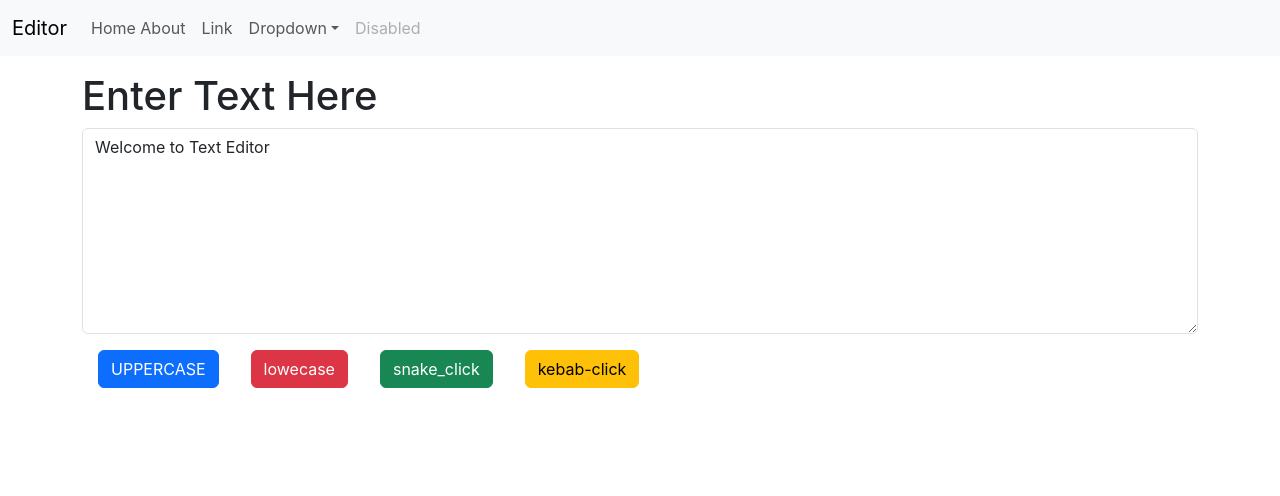
Repository: Shubham-tawar/Text-editor
Page: /
The author's editor kept a copy of each file at every save. The page is drawn from the files as they stood at one save, then again after the next save.
The browser window is 1280 px wide. The pictures show the whole page.
The project was rebuilt for these pictures with package versions that can differ from the ones it lists, and the page was loaded fresh each time. Also part of the build but not shown: src/App.css.

Above is the page before, as saved 2025-07-07 16:42:50.

After the next save:
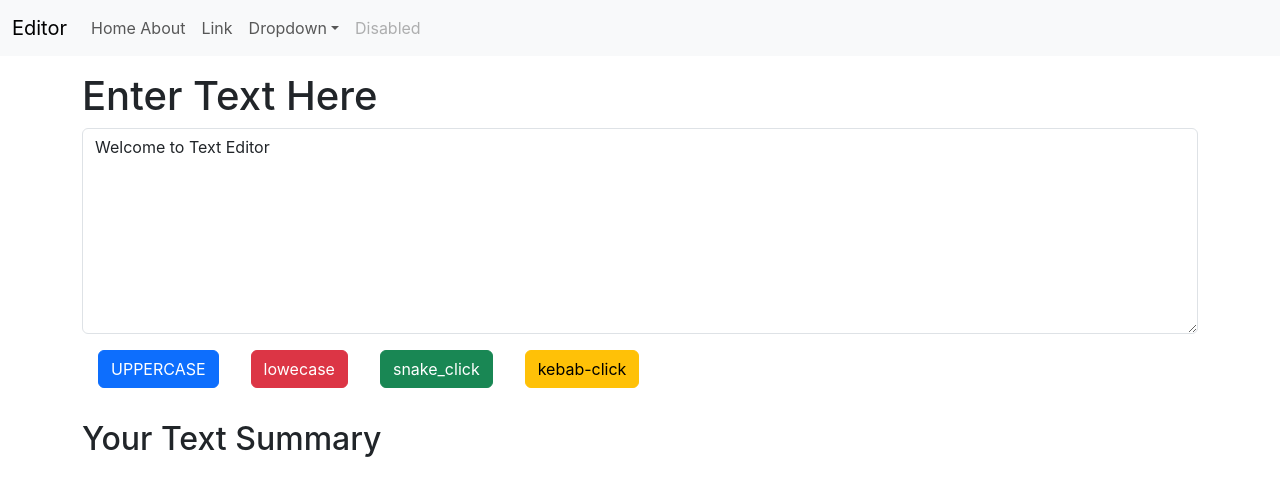
Saved 10 s later.
--- a/src/components/Textform.js
+++ b/src/components/Textform.js
@@ -44,7 +44,8 @@ export default function Textform(props) {
             <button type='button' className="btn btn-warning m-3" onClick={handleKebabClick}>kebab-click</button>
         </form>
         <div className="container">
-            <h2></h2>
+            <h2>Your Text Summary</h2>
+
         </div>
 
         </>
